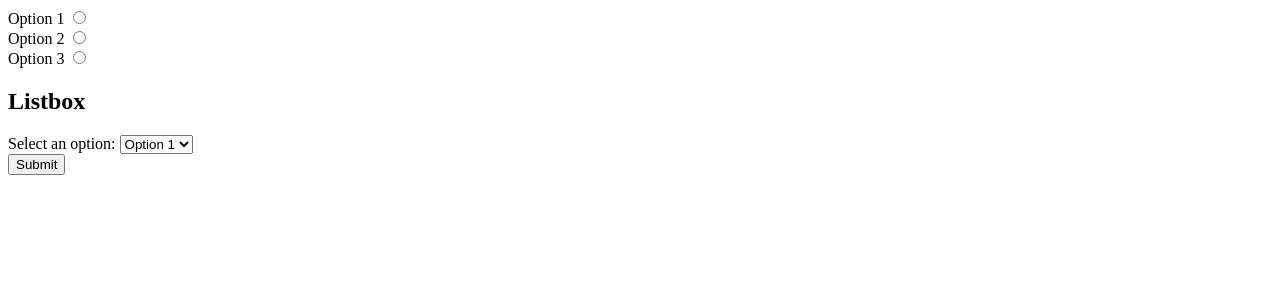
Repository: tranhuunghiem99/N_Auto_Checked
Page: test/index.html
An editor plug-in stored every save of this project. The page is shown before and after the next save, followed by the edit.
The browser window is 1280 px wide. The pictures show the whole page.

Above is the page before, as saved 2024-05-07 21:46:40.

### test/index.html
<!-- <!DOCTYPE html>
<html>
  <head>
    <title>Checkbox Example</title>
  </head>
  <body>
    <form action="/submit" method="post">
      <label for="option1">Option 1</label>
      <input type="checkbox" name="options" value="1" id="option1">
      <br>
      <label for="option2">Option 2</label>
      <input type="checkbox" name="options" value="2" id="option2">
      <br>
      <label for="option3">Option 3</label>
      <input type="checkbox" name="options" value="3" id="option3">
      <br>
      <button type="submit">Submit</button>
    </form>
  </body>
</html> -->

<!-- <!DOCTYPE html>
<html>
<body>

<h1>Leon đang Test code (￣o￣) . z Z</h1>

<form action="/submit" method="post" >
  <div style="display: flex; padding: 5px; margin: 10px;">
  <input type="radio" name="number" value="1" id="option1">
  <label for="1">1</label><br>
  <input type="radio" name="number" value="2" id="option2">
  <label for="2">2</label><br>
  <select  name="selection" id="selection" style="margin-left:10px ;">
    <option value="1" name="list">1</option>
    <option value="2" name="list">2</option>
    <option value="3" name="list">3</option>
    <option value="Ok cái này chọn nè 1" name="ok">Ok cái này chọn nè 1</option>
  </select>

  <button type="submit">Submit</button>
</form>
</body>
</html> -->


<!DOCTYPE html>
<html>
  <head>
    <title>Radio Button and Listbox Example</title>
  </head>
  <body>
    <form action="/submit" method="post">
      <label for="option1">Option 1</label>
      <input type="radio" name="option" value="1" id="option1" required>
      <br>
      <label for="option2">Option 2</label>
      <input type="radio" name="option" value="2" id="option2" required>
      <br>
      <label for="option3">Option 3</label>
      <input type="radio" name="option" value="3" id="option3" required>
      <br>
      <h2>Listbox</h2>
      <label for="selection">Select an option:</label>
      <select name="selection" id="selection">
        <option value="1">Option 1</option>
        <option value="2">Option 2</option>
        <option value="3">Option 3</option>
      </select>
      <br>
      <button type="submit">Submit</button>
    </form>
  </body>
</html>

After the next save:
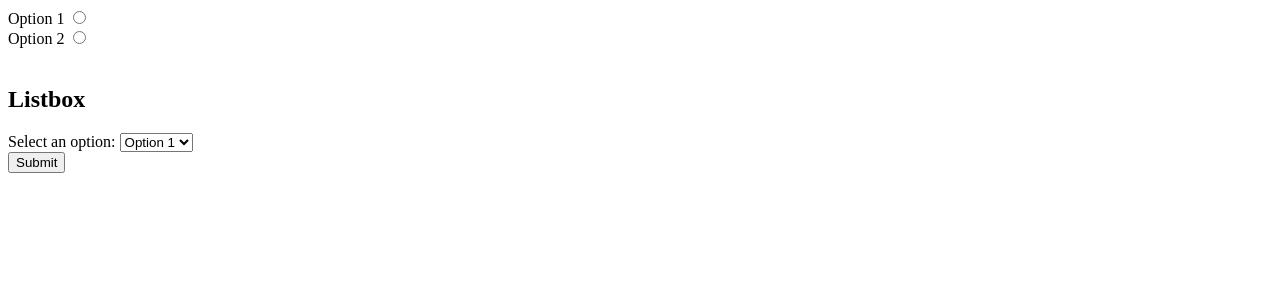
Saved 11 s later.
--- a/test/index.html
+++ b/test/index.html
@@ -57,8 +57,7 @@
       <label for="option2">Option 2</label>
       <input type="radio" name="option" value="2" id="option2" required>
       <br>
-      <label for="option3">Option 3</label>
-      <input type="radio" name="option" value="3" id="option3" required>
+
       <br>
       <h2>Listbox</h2>
       <label for="selection">Select an option:</label>
